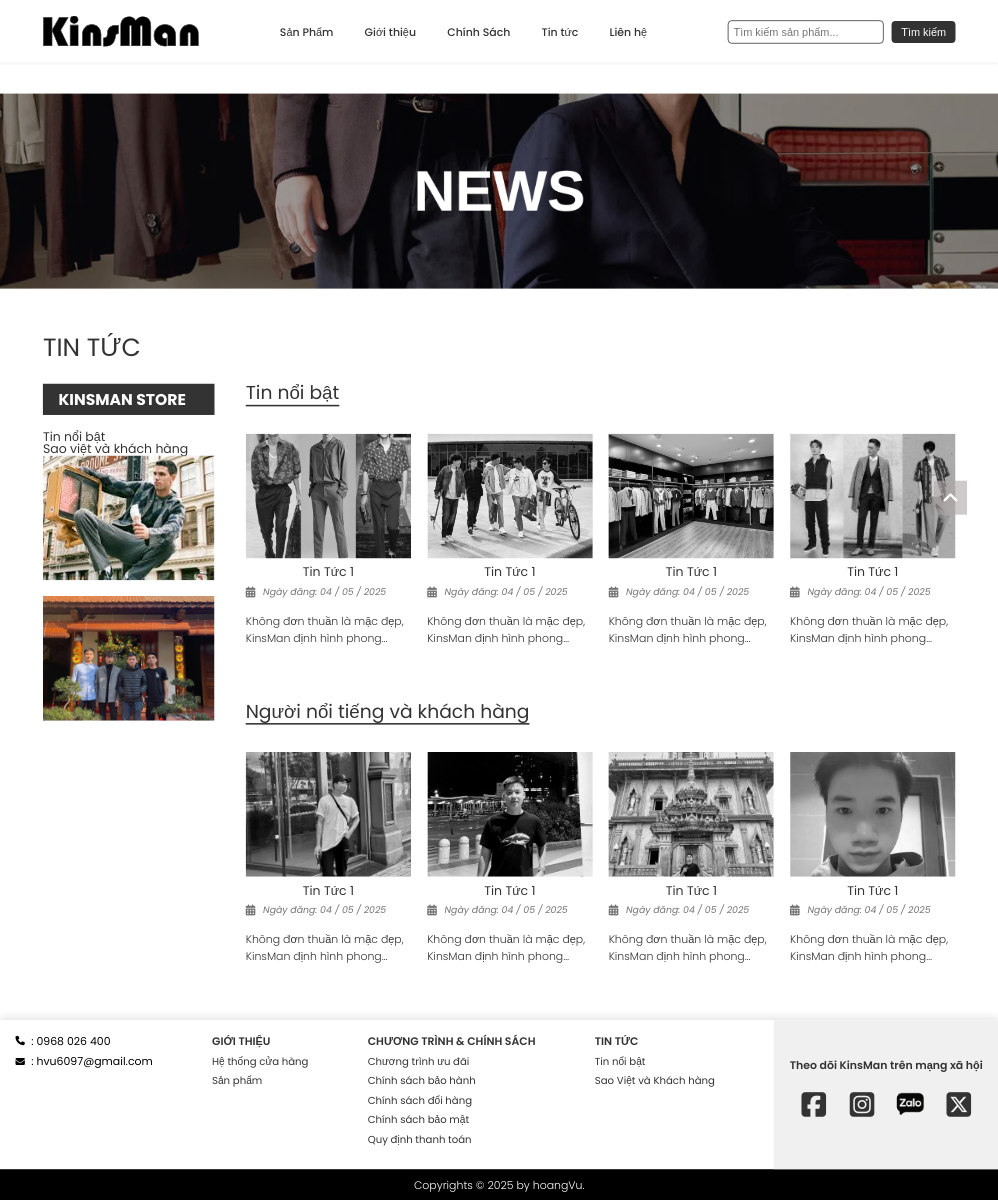
Repository: hoang28092000/kinsmanClothes
Page: category/news.html
An editor plug-in stored every save of this project. The page is shown before and after a run of saves, followed by the edit.
The browser window is 1280 px wide. The pictures show the whole page, at 78% of full size.

Above is the page before, as saved 2025-05-08 13:09:06.
Console error: TypeError: Cannot read properties of null (reading 'addEventListener')

### category/news.html
<!DOCTYPE html>
<html lang="en">
  <head>
    <meta charset="UTF-8" />
    <meta name="viewport" content="width=device-width, initial-scale=1.0" />
    <link rel="preconnect" href="https://fonts.googleapis.com" />
    <link rel="preconnect" href="https://fonts.gstatic.com" crossorigin />
    <link
      href="https://fonts.googleapis.com/css2?family=Poppins:ital,wght@0,100;0,200;0,300;0,400;0,500;0,600;0,700;0,800;0,900;1,100;1,200;1,300;1,400;1,500;1,600;1,700;1,800;1,900&display=swap"
      rel="stylesheet"
    />
    <link
      rel="stylesheet"
      href="https://cdnjs.cloudflare.com/ajax/libs/font-awesome/6.7.2/css/all.min.css"
      integrity="sha512-Evv84Mr4kqVGRNSgIGL/F/aIDqQb7xQ2vcrdIwxfjThSH8CSR7PBEakCr51Ck+w+/U6swU2Im1vVX0SVk9ABhg=="
      crossorigin="anonymous"
      referrerpolicy="no-referrer"
    />
    <link rel="stylesheet" href="../css/reset.css" />
    <link rel="stylesheet" href="../css/main.css" />
    <link rel="stylesheet" href="../css/product.css" />
    <title>KinsMan-Policy</title>
  </head>
  <body>
    <header class="header">
      <div class="container">
        <div class="content-header">
          <div class="logo">
            <a href="../index.html">
              <img
                src="../asset/logo/logo-kinsmann.svg"
                alt="KinsManClothes Logo"
              />
            </a>
          </div>
          <nav class="nav">
            <ul>
              <li><a href="./product.html">Sản Phẩm</a></li>
              <li><a href="./about-us.html">Giới thiệu</a></li>
              <li><a href="#">Chính Sách</a></li>
              <li><a href="./news.html">Tin tức</a></li>
              <li><a href="./contact.html">Liên hệ</a></li>
            </ul>
          </nav>
          <div class="search-box">
            <input type="text" placeholder="Tìm kiếm sản phẩm..." />
            <button type="submit">Tìm kiếm</button>
          </div>
        </div>
      </div>
    </header>

    <main class="main-news">
      <div class="banner-news">
        <img src="../asset/banner/banner-9.png" alt="" />
      </div>
      <div class="container">
        <h2 class="title-heading title-contact">TIN TỨC</h2>
        <div class="content-news">
          <div class="left">
            <h4>KINSMAN STORE</h4>
            <p>
              <a href="">Tin nổi bật</a>
            </p>
            <p>
              <a href="">Sao việt và khách hàng</a>
            </p>
            <div class="banner-left">
                <img src="../asset/image/md-1.jpg" alt="">
            </div>
            <div class="banner-left">
                <img src="../asset/image/md-2.jpg" alt="">

            </div>
          </div>
          <div class="right">
            <div class="body-news" id="">
              <h3 class="blog-heading">Tin nổi bật</h3>
              <div class="list-news">
                <article class="card-news">
                  <a href="">
                    <div class="img-news">
                        <img src="../asset/image/news-4.png" alt="" />
                    </div>
                    <h3 class="name-news"><a href="">
                        Tin Tức 1
                    </a></h3>
                  </a>
                  <div class="desc">
                    <div class="time-up">
                      <i class="fa-solid fa-calendar-days icon-time"></i>
                      <p class="desc-time">
                        Ngày đăng: 04 / 05 / 2025
                      </p>
                    </div>
                    <p class="desc_card-news">
                        Không đơn thuần là mặc đẹp, KinsMan định hình phong cách mới cho nam giới hiện đại: trẻ trung, khỏe khoắn và luôn sẵn sàng bứt phá. Từ áo thun basic đến sơ mi phối phá cách, mọi thiết kế đều hướng tới sự năng động trong từng chi tiết. Đặc biệt phù hợp với những chàng trai thích sự đơn giản nhưng vẫn “ăn điểm” trước đám đông.
                    </p>
                  </div>
                </article>
                <article class="card-news">
                  <a href="">
                    <div class="img-news">
                        <img src="../asset/image/news-2.webp" alt="" />
                    </div>
                    <h3 class="name-news"><a href="">
                        Tin Tức 1
                    </a></h3>
                  </a>
                  <div class="desc">
                    <div class="time-up">
                      <i class="fa-solid fa-calendar-days icon-time"></i>
                      <p class="desc-time">
                        Ngày đăng: 04 / 05 / 2025
                      </p>
                    </div>
                    <p class="desc_card-news">
                        Không đơn thuần là mặc đẹp, KinsMan định hình phong cách mới cho nam giới hiện đại: trẻ trung, khỏe khoắn và luôn sẵn sàng bứt phá. Từ áo thun basic đến sơ mi phối phá cách, mọi thiết kế đều hướng tới sự năng động trong từng chi tiết. Đặc biệt phù hợp với những chàng trai thích sự đơn giản nhưng vẫn “ăn điểm” trước đám đông.
                    </p>
                  </div>
                </article>
                <article class="card-news">
                  <a href="">
                    <div class="img-news">
                        <img src="../asset/image/news-3.jpg" alt="" />
                    </div>
                    <h3 class="name-news"><a href="">
                        Tin Tức 1
                    </a></h3>
                  </a>
                  <div class="desc">
                    <div class="time-up">
                      <i class="fa-solid fa-calendar-days icon-time"></i>
                      <p class="desc-time">
                        Ngày đăng: 04 / 05 / 2025
                      </p>
                    </div>
                    <p class="desc_card-news">
                        Không đơn thuần là mặc đẹp, KinsMan định hình phong cách mới cho nam giới hiện đại: trẻ trung, khỏe khoắn và luôn sẵn sàng bứt phá. Từ áo thun basic đến sơ mi phối phá cách, mọi thiết kế đều hướng tới sự năng động trong từng chi tiết. Đặc biệt phù hợp với những chàng trai thích sự đơn giản nhưng vẫn “ăn điểm” trước đám đông.
                    </p>
                  </div>
                </article>
                <article class="card-news">
                  <a href="">
                    <div class="img-news">
                        <img src="../asset/image/news-1.jpeg" alt="" />
                    </div>
                    <h3 class="name-news"><a href="">
                        Tin Tức 1
                    </a></h3>
                  </a>
                  <div class="desc">
                    <div class="time-up">
                      <i class="fa-solid fa-calendar-days icon-time"></i>
                      <p class="desc-time">
                        Ngày đăng: 04 / 05 / 2025
                      </p>
                    </div>
                    <p class="desc_card-news">
                        Không đơn thuần là mặc đẹp, KinsMan định hình phong cách mới cho nam giới hiện đại: trẻ trung, khỏe khoắn và luôn sẵn sàng bứt phá. Từ áo thun basic đến sơ mi phối phá cách, mọi thiết kế đều hướng tới sự năng động trong từng chi tiết. Đặc biệt phù hợp với những chàng trai thích sự đơn giản nhưng vẫn “ăn điểm” trước đám đông.
                    </p>
                  </div>
                </article>


              </div>
            </div>
            <div class="body-news" id="list-human">
              <h3 class="blog-heading">Người nổi tiếng và khách hàng</h3>
              <div class="list-news">
                <article class="card-news">
                  <a href="">
                    <div class="img-news">
                        <img src="../asset/image/celep-1.jpg" alt="" />
                    </div>
                    <h3 class="name-news"><a href="">
                        Tin Tức 1
                    </a></h3>
                  </a>
                  <div class="desc">
                    <div class="time-up">
                      <i class="fa-solid fa-calendar-days icon-time"></i>
                      <p class="desc-time">
                        Ngày đăng: 04 / 05 / 2025
                      </p>
                    </div>
                    <p class="desc_card-news">
                        Không đơn thuần là mặc đẹp, KinsMan định hình phong cách mới cho nam giới hiện đại: trẻ trung, khỏe khoắn và luôn sẵn sàng bứt phá. Từ áo thun basic đến sơ mi phối phá cách, mọi thiết kế đều hướng tới sự năng động trong từng chi tiết. Đặc biệt phù hợp với những chàng trai thích sự đơn giản nhưng vẫn “ăn điểm” trước đám đông.
                    </p>
                  </div>
                </article>
                <article class="card-news">
                  <a href="">
                    <div class="img-news">
                        <img src="../asset/image/celep-3.jpg" alt="" />
                    </div>
                    <h3 class="name-news"><a href="">
                        Tin Tức 1
                    </a></h3>
                  </a>
                  <div class="desc">
                    <div class="time-up">
                      <i class="fa-solid fa-calendar-days icon-time"></i>
                      <p class="desc-time">
                        Ngày đăng: 04 / 05 / 2025
                      </p>
                    </div>
                    <p class="desc_card-news">
                        Không đơn thuần là mặc đẹp, KinsMan định hình phong cách mới cho nam giới hiện đại: trẻ trung, khỏe khoắn và luôn sẵn sàng bứt phá. Từ áo thun basic đến sơ mi phối phá cách, mọi thiết kế đều hướng tới sự năng động trong từng chi tiết. Đặc biệt phù hợp với những chàng trai thích sự đơn giản nhưng vẫn “ăn điểm” trước đám đông.
                    </p>
                  </div>
                </article>
                <article class="card-news">
                  <a href="">
                    <div class="img-news">
                        <img src="../asset/image/celep-5.jpg" alt="" />
                    </div>
                    <h3 class="name-news"><a href="">
                        Tin Tức 1
                    </a></h3>
                  </a>
                  <div class="desc">
                    <div class="time-up">
                      <i class="fa-solid fa-calendar-days icon-time"></i>
                      <p class="desc-time">
                        Ngày đăng: 04 / 05 / 2025
                      </p>
                    </div>
                    <p class="desc_card-news">
                        Không đơn thuần là mặc đẹp, KinsMan định hình phong cách mới cho nam giới hiện đại: trẻ trung, khỏe khoắn và luôn sẵn sàng bứt phá. Từ áo thun basic đến sơ mi phối phá cách, mọi thiết kế đều hướng tới sự năng động trong từng chi tiết. Đặc biệt phù hợp với những chàng trai thích sự đơn giản nhưng vẫn “ăn điểm” trước đám đông.
                    </p>
                  </div>
                </article>
                <article class="card-news">
                  <a href="">
                    <div class="img-news">
                        <img src="../asset/image/celep-7.jpg" alt="" />
                    </div>
                    <h3 class="name-news"><a href="">
                        Tin Tức 1
                    </a></h3>
                  </a>
                  <div class="desc">
                    <div class="time-up">
                      <i class="fa-solid fa-calendar-days icon-time"></i>
                      <p class="desc-time">
                        Ngày đăng: 04 / 05 / 2025
                      </p>
                    </div>
                    <p class="desc_card-news">
                        Không đơn thuần là mặc đẹp, KinsMan định hình phong cách mới cho nam giới hiện đại: trẻ trung, khỏe khoắn và luôn sẵn sàng bứt phá. Từ áo thun basic đến sơ mi phối phá cách, mọi thiết kế đều hướng tới sự năng động trong từng chi tiết. Đặc biệt phù hợp với những chàng trai thích sự đơn giản nhưng vẫn “ăn điểm” trước đám đông.
                    </p>
                  </div>
                </article>


              </div>
            </div>
          </div>
        </div>
      </div>
    </main>
    <footer class="footer">
      <div class="content-footer">
        <ul class="info-footer">
          <li class="contact-footer">
            <i class="fa-solid fa-phone icon-footer"></i>
            <p>: 0968 026 400</p>
          </li>
          <li class="contact-footer">
            <i class="fa-solid fa-envelope icon-footer"></i>
            <p>: hvu6097@gmail.com</p>
          </li>
        </ul>
        <ul class="info-footer">
          <li class="title-footer">GIỚI THIỆU</li>
          <li>
            <a href="./about-us.html"> Hệ thống cửa hàng </a>
          </li>
          <li>
            <a href="#"> Sản phẩm </a>
          </li>
        </ul>
        <ul class="info-footer">
          <li class="title-footer">CHƯƠNG TRÌNH & CHÍNH SÁCH</li>
          <li>
            <a href="./policy.html">Chương trình ưu đãi</a>
          </li>
          <li>
            <a href="./policy.html">Chính sách bảo hành</a>
          </li>
          <li>
            <a href="./policy.html">Chính sách đổi hàng</a>
          </li>
          <li>
            <a href="./policy.html">Chính sách bảo mật</a>
          </li>
          <li>
            <a href="./policy.html">Quy định thanh toán</a>
          </li>
        </ul>
        <ul class="info-footer">
          <li class="title-footer">TIN TỨC</li>
          <li>
            <a href="./news.html">Tin nổi bật</a>
          </li>
          <li>
            <a href="./news.html">Sao Việt và Khách hàng</a>
          </li>
        </ul>
        <ul class="footer-social">
          <li class="title-footer">Theo dõi KinsMan trên mạng xã hội</li>
          <li class="links-social">
            <a href="https://www.facebook.com/profile.php?id=100008725181742">
              <i class="fa-brands fa-square-facebook icon-social"></i>
            </a>
            <a href="https://www.instagram.com/hoagkins/"
              ><i class="fa-brands fa-square-instagram icon-social"></i
            ></a>
            <a href="zalo.me/0968026400"
              ><img
                src="../asset/icon/icon-zalo2.png"
                class="img-zalo"
                alt="ZALO"
            /></a>
            <a href="https://x.com/kinsman2809"
              ><i class="fa-brands fa-square-x-twitter icon-social"></i
            ></a>
          </li>
        </ul>
      </div>
      <div class="copy_right">
        <h3>Copyrights © 2025 by hoangVu.</h3>
      </div>
    </footer>

    <div class="up-page">
      <a href="#"><i class="fa-solid fa-angle-up icon-up"></i></a>
    </div>

    <script src="./js/main.js"></script>
  </body>
</html>

Loaded but not shown: css/reset.css (common file); js/main.js (19 lines, source omitted); css/main.css (480 lines, source omitted); css/product.css (345 lines, source omitted)

After the next 4 saves:
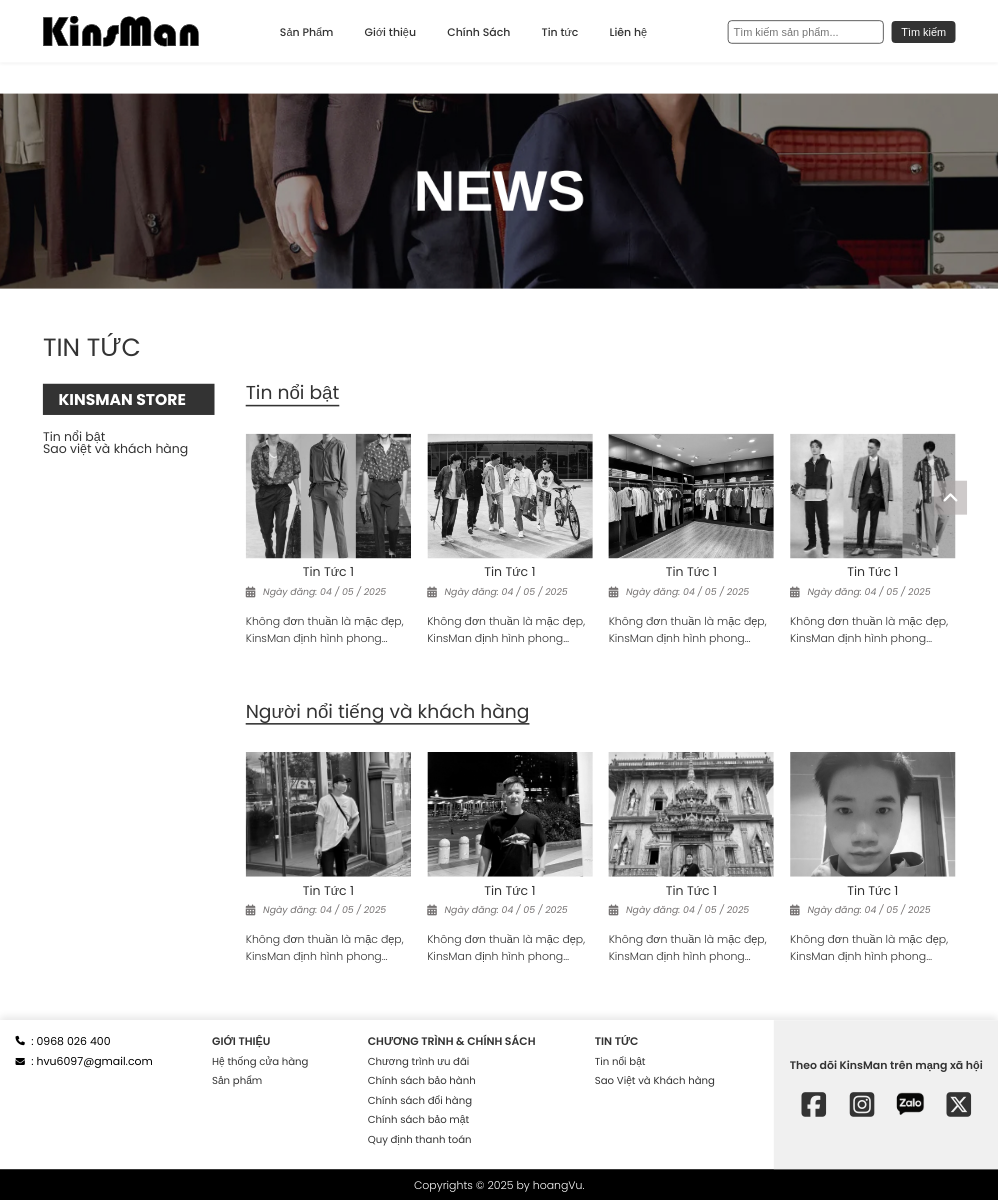
The 4 saves are shown as one change because they came seconds apart.
The last was saved 16 s later.
--- a/category/news.html
+++ b/category/news.html
@@ -65,13 +65,7 @@
             <p>
               <a href="">Sao việt và khách hàng</a>
             </p>
-            <div class="banner-left">
-                <img src="../asset/image/md-1.jpg" alt="">
-            </div>
-            <div class="banner-left">
-                <img src="../asset/image/md-2.jpg" alt="">
-
-            </div>
+
           </div>
           <div class="right">
             <div class="body-news" id="">

After the save that followed:
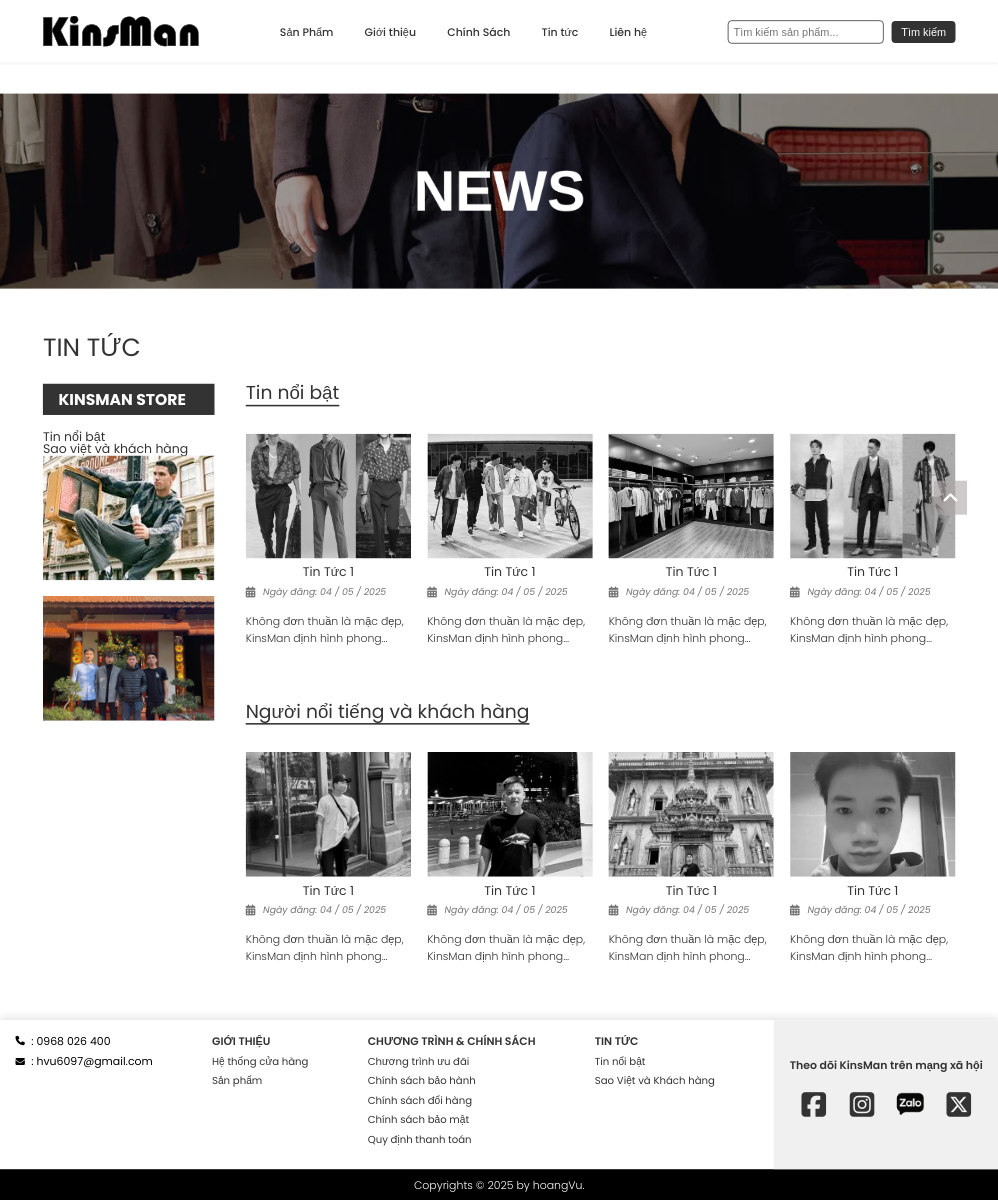
Saved 4 s later.
--- a/category/news.html
+++ b/category/news.html
@@ -65,7 +65,14 @@
             <p>
               <a href="">Sao việt và khách hàng</a>
             </p>
-
+           <div>
+            <div class="banner-left">
+                <img src="../asset/image/md-1.jpg" alt="">
+            </div>
+            <div class="banner-left">
+                <img src="../asset/image/md-2.jpg" alt="">
+            </div>
+           </div>
           </div>
           <div class="right">
             <div class="body-news" id="">
